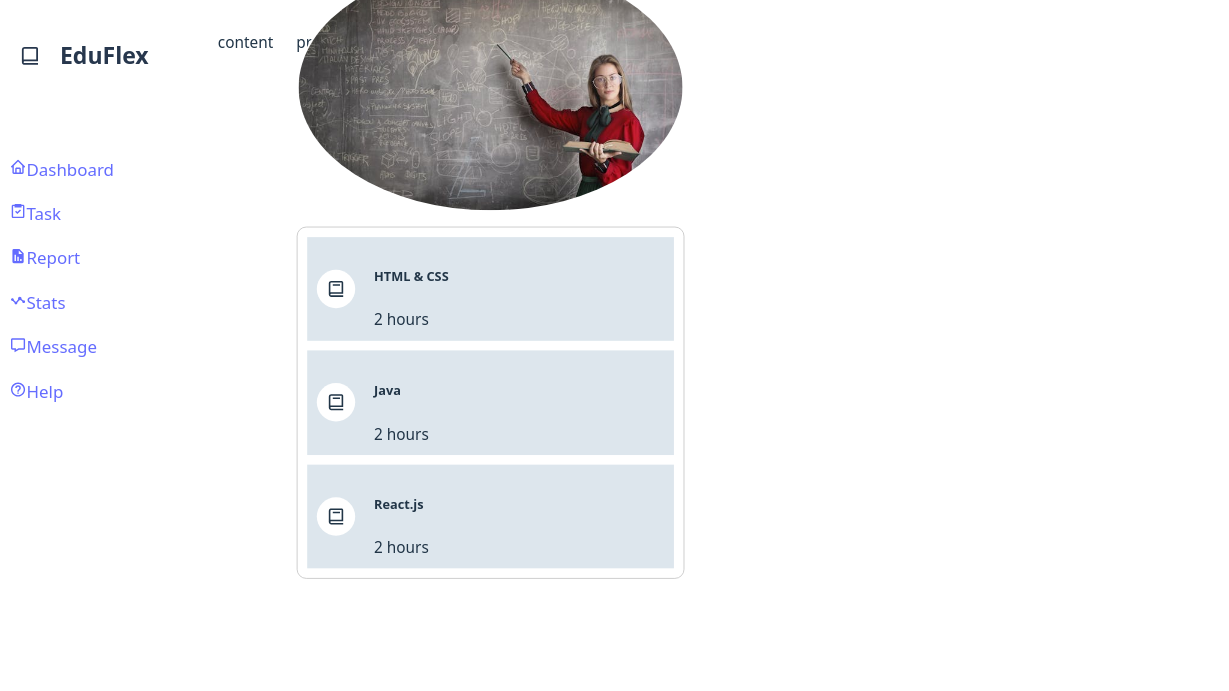
Repository: gogg23/react-dash
Page: /
An editor plug-in stored every save of this project. The page is shown before and after the next save, followed by the edit.
The browser window is 1280 px wide. The pictures show the whole page, at 96% of full size.
The project was rebuilt for these pictures with package versions that can differ from the ones it lists, and the page was loaded fresh each time. Also part of the build but not shown: vite.config.js.

Above is the page before, as saved 2025-04-09 17:51:24.

After the next save:
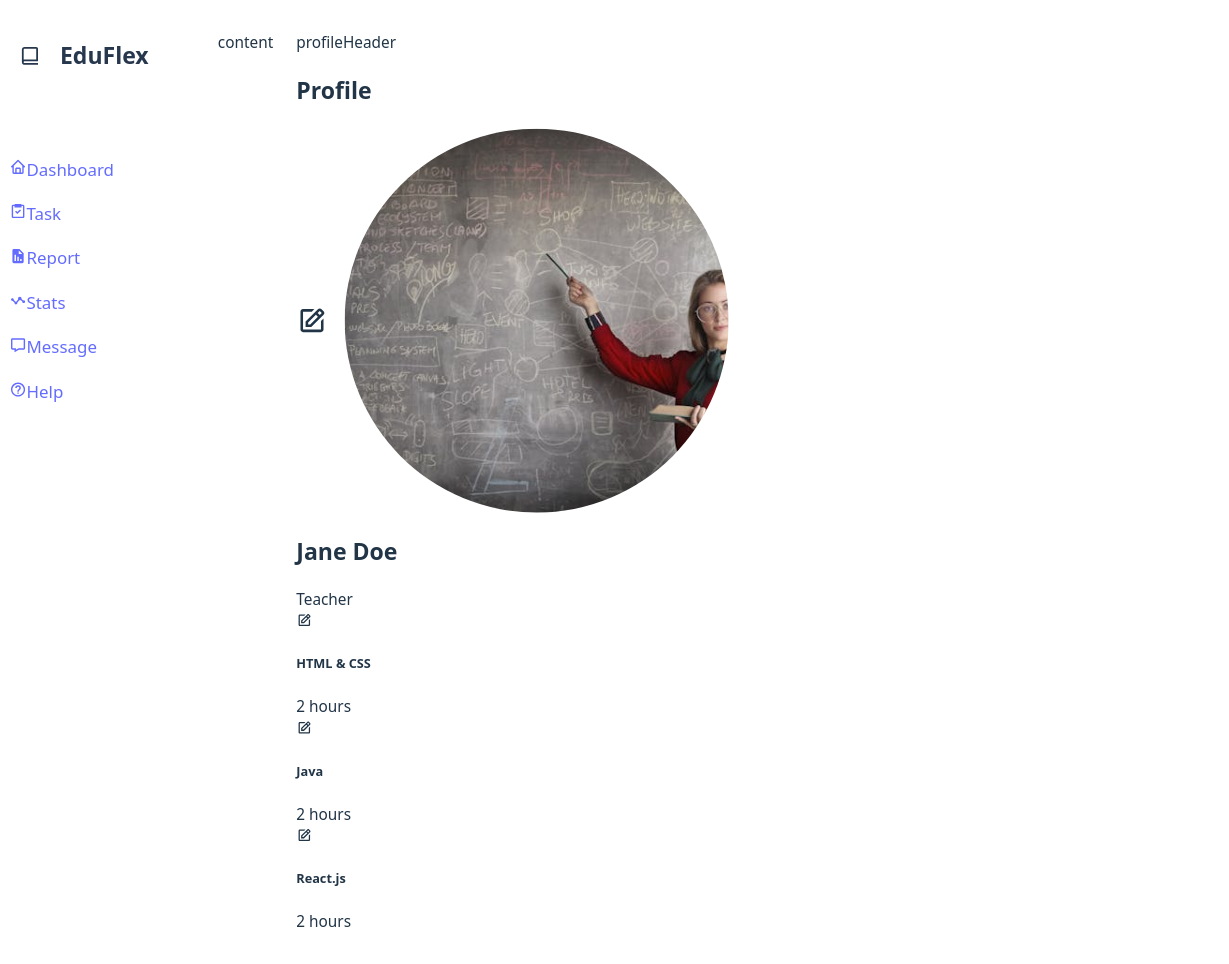
Saved 6 min 59 s later.
--- a/src/components/Profile.jsx
+++ b/src/components/Profile.jsx
@@ -1,24 +1,24 @@
 import React from 'react';
-import { BiEdit, BiBook } from 'react-icons/bi';
+import { BiEdit } from 'react-icons/bi';
 import ProfileHeader from './ProfileHeader';
-import '../styles/Profile.css';
+import '../styles/profileHeader.css';
 import Image1 from '../assets/images/Image1.jpg';
 
 const courses = [
   {
     title: 'HTML & CSS',
     duration: '2 hours',
-    icon: <BiBook />,
+    icon: <BiEdit />,
   },
   {
     title: 'Java',
     duration: '2 hours',
-    icon: <BiBook />,
+    icon: <BiEdit />,
   },
   {
     title: 'React.js',
     duration: '2 hours',
-    icon: <BiBook />,
+    icon: <BiEdit />,
   },
 ];
 
@@ -26,28 +26,35 @@ const Profile = () => {
   return (
     <div className='profile'>
       <ProfileHeader />
+
+      {/* "Profile" heading on top */}
+      <h2 className='profile--header'>Profile</h2>
+
       <div className='user--detail'>
-        <img
-          src={Image1}
-          alt='Profile'
-          style={{
-            width: '400px',
-            height: '400px',
-            borderRadius: '50%',
-            border: '2px solid #fff',
-            objectFit: 'cover',
-          }}
-        />
+        {/* Icon on the left of profile picture */}
+        <div style={{ display: 'flex', alignItems: 'center', gap: '1rem' }}>
+          <BiEdit size={32} />
+          <img
+            src={Image1}
+            alt='Profile'
+            style={{
+              width: '400px',
+              height: '400px',
+              borderRadius: '50%',
+              border: '2px solid #fff',
+              objectFit: 'cover',
+            }}
+          />
+        </div>
+
         <h2 className='user--name'>Jane Doe</h2>
         <span className='profession'>Teacher</span>
       </div>
 
-      <div className='user--courses'>
-        {' '}
-        {/* ✅ FIXED class name */}
+      <div className='user-courses'>
         {courses.map((course, index) => (
           <div className='course' key={index}>
-            <div className='course-detail'>
+            <div className='course-details'>
               <div className='course-cover'>{course.icon}</div>
               <div className='course-name'>
                 <h5 className='title'>{course.title}</h5>
